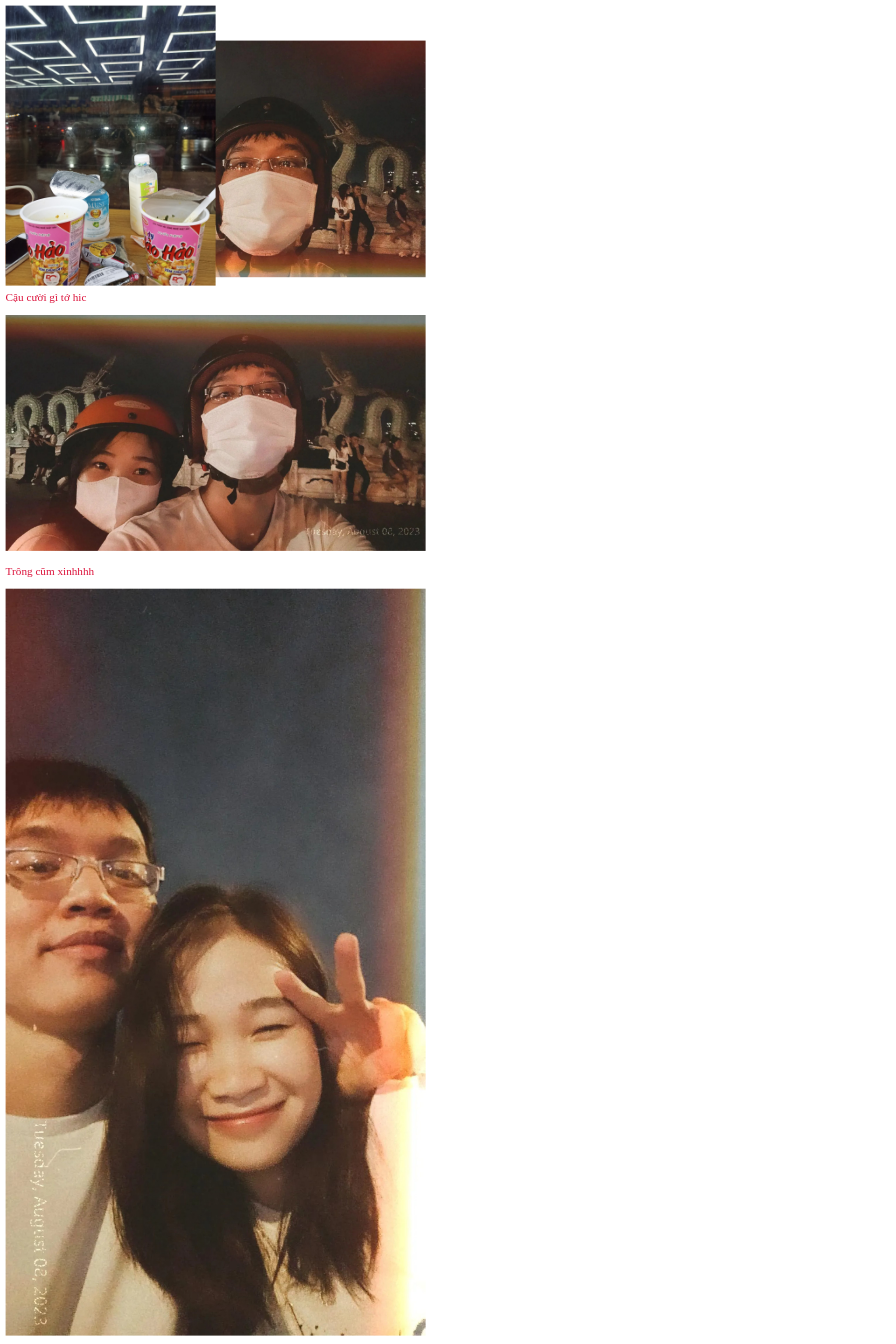
Repository: Hanhanh06/0907
Page: code/0908.html
An editor plug-in stored every save of this project. The page is shown before and after the next save, followed by the edit.
The browser window is 1280 px wide. The pictures show the part of the page from y = 0 to 1920 px (the page is 5965 px tall before and 5915 px after), at 70% of full size.

Above is the page before, as saved 2023-08-09 21:45:53.

### code/0908.html
<!DOCTYPE html>
<html lang="en">
<head>
    <meta charset="UTF-8">
    <meta name="viewport" content="width=device-width, initial-scale=1.0">
    <title>Document</title>
</head>

        <head>
        <style>
        div {
          width: 100px;
          height: 50px;
          background-color: red;
          font-weight: bold;
          position: relative;
          animation: mymove 5s infinite;
        }

        #div1 {animation-timing-function: linear;}
        #div2 {animation-timing-function: ease;}
        #div3 {animation-timing-function: ease-in;}
        #div4 {animation-timing-function: ease-out;}
        #div5 {animation-timing-function: ease-in-out;}

        @keyframes mymove {
          from {left: 0px;}
          to {left: 300px;}
        }
        </style>
        </head>
        <body>

       <div id="div1"> <img src="01.jpg" alt="Hình ảnh không tồn tại" width="300px"> </div>

       <img src="001.jpg" alt="Hình ảnh không tồn tại" width="600px">
       <p style="color: crimson;font-size: 16px;"> Cậu cười gì tớ hic </p>
       <img src="002.jpg" alt="Hình ảnh không tồn tại" width="600px">
       <p style="color: crimson;font-size: 16px;"> Trông cũm xinhhhh </p>
       <img src="003.jpg" alt="Hình ảnh không tồn tại" width="600px">
       <p style="color: crimson;font-size: 16px;"> Ảnh nè ở Royal nè</p>
       <img src="004.jpg" alt="Hình ảnh không tồn tại" width="300px">
       <p style="color: crimson;font-size: 16px;"> Xem phim nà </p>
       <img src="005.jpg" alt="Hình ảnh không tồn tại" width="600px">
       <p style="color: crimson;font-size: 16px;"> Trông cũm xinhhhh </p>
       <img src="006.jpg" alt="Hình ảnh không tồn tại" width="600px">
       <p style="color: crimson;font-size: 16px;"> Ảnh nè ở Royal nè</p>
       <img src="007.jpg" alt="Hình ảnh không tồn tại" width="300px">
       <p style="color: crimson;font-size: 16px;"> Xem phim nà </p>
       <img src="008.jpg" alt="Hình ảnh không tồn tại" width="300px">
       <p style="color: crimson;font-size: 16px;"> Xem phim nà </p>


</body>
</html>

After the next save:
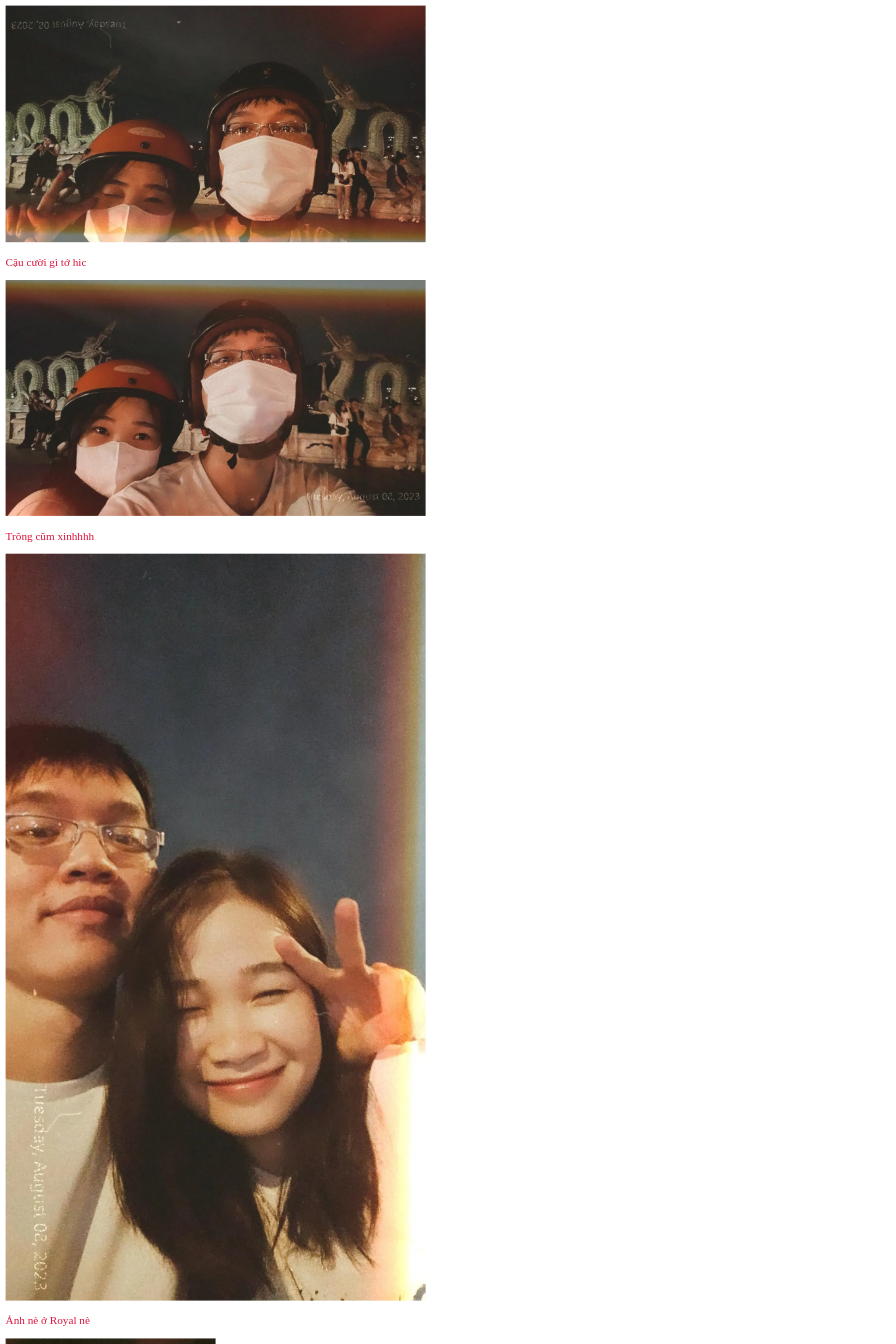
Saved 29 s later.
--- a/code/0908.html
+++ b/code/0908.html
@@ -31,7 +31,6 @@
         </head>
         <body>
 
-       <div id="div1"> <img src="01.jpg" alt="Hình ảnh không tồn tại" width="300px"> </div>
 
        <img src="001.jpg" alt="Hình ảnh không tồn tại" width="600px">
        <p style="color: crimson;font-size: 16px;"> Cậu cười gì tớ hic </p>
